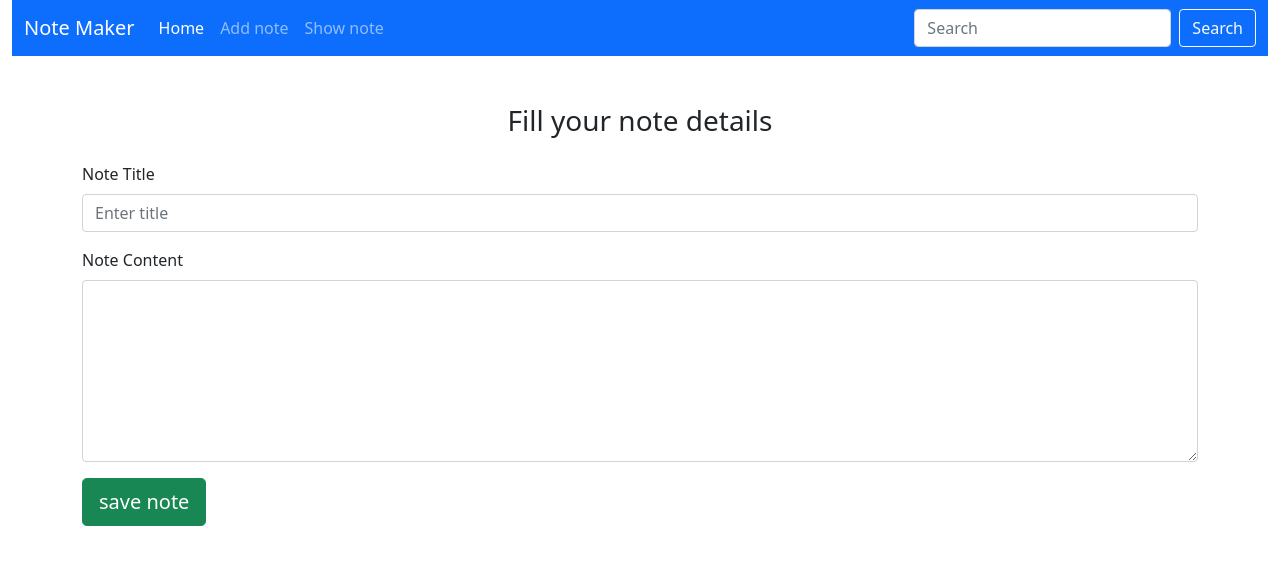
Repository: sachin1830/hibernateproject
Page: http://localhost/com.todolist/update_data.jsp
An editor plug-in stored every save of this project. The page is shown before and after the next save, followed by the edit.
The browser window is 1280 px wide. The pictures show the whole page.
Some web libraries are served in a nearby version. The page is served by Tomcat 9. Other server files are loaded and not shown.

Above is the page before, as saved 2021-01-23 04:10:28.

### com.todolist/src/main/webapp/update_data.jsp
<%@ page language="java" contentType="text/html; charset=ISO-8859-1"
    pageEncoding="ISO-8859-1"%>
<!DOCTYPE html>
<html>
<head>
<meta charset="utf-8">
<meta name="viewport" content="width=device-width, initial-scale=1">

<!-- Bootstrap CSS -->
<link
	href="https://cdn.jsdelivr.net/npm/bootstrap@5.0.0-beta1/dist/css/bootstrap.min.css"
	rel="stylesheet"
	integrity="sha384-giJF6kkoqNQ00vy+HMDP7azOuL0xtbfIcaT9wjKHr8RbDVddVHyTfAAsrekwKmP1"
	crossorigin="anonymous">
	<title>Update Note</title>
</head>
<body>
<div class="container-fluid">
		<%@include file="navbar.jsp"%>

	</div>
	<div>
	<h3 class="text-center mt-5">Fill your note details</h3>
	</div>
	<div class="container mt-4">
		<form action="SaveNote" method="post">
			<div class="mb-3">
				<label for="title" class="form-label">Note Title</label> <input
					type="text" class="form-control" id="title"
					placeholder="Enter title" name="title" required>

			</div>
			<div class="mb-3">
				<label for="exampleFormControlTextarea1" class="form-label">
					Note Content</label>
				<textarea class="form-control" id="exampleFormControlTextarea1"
					rows="7" name="content" required></textarea>
			</div>
			<button type="submit" class="btn btn-success btn-lg">save note</button>
		</form>
	</div>

<script
		src="https://cdn.jsdelivr.net/npm/bootstrap@5.0.0-beta1/dist/js/bootstrap.bundle.min.js"
		integrity="sha384-ygbV9kiqUc6oa4msXn9868pTtWMgiQaeYH7/t7LECLbyPA2x65Kgf80OJFdroafW"
		crossorigin="anonymous"></script>
	<script
		src="https://cdn.jsdelivr.net/npm/@popperjs/core@2.5.4/dist/umd/popper.min.js"
		integrity="sha384-q2kxQ16AaE6UbzuKqyBE9/u/KzioAlnx2maXQHiDX9d4/zp8Ok3f+M7DPm+Ib6IU"
		crossorigin="anonymous"></script>
	<script
		src="https://cdn.jsdelivr.net/npm/bootstrap@5.0.0-beta1/dist/js/bootstrap.min.js"
		integrity="sha384-pQQkAEnwaBkjpqZ8RU1fF1AKtTcHJwFl3pblpTlHXybJjHpMYo79HY3hIi4NKxyj"
		crossorigin="anonymous"></script>
</body>
</html>

### com.todolist/src/main/webapp/navbar.jsp
<nav class="navbar navbar-expand-lg navbar-dark bg-primary">
  <div class="container-fluid">
    <a class="navbar-brand" href="index.jsp">Note Maker</a>
    <button class="navbar-toggler" type="button" data-bs-toggle="collapse" data-bs-target="#navbarSupportedContent" aria-controls="navbarSupportedContent" aria-expanded="false" aria-label="Toggle navigation">
      <span class="navbar-toggler-icon"></span>
    </button>
    <div class="collapse navbar-collapse" id="navbarSupportedContent">
      <ul class="navbar-nav me-auto mb-2 mb-lg-0">

        <li class="nav-item">
          <a class="nav-link active" aria-current="page" href="index.jsp">Home</a>
        </li>
        <li class="nav-item">
          <a class="nav-link" href="add_note.jsp">Add note </a>
        </li>
         <li class="nav-item">
          <a class="nav-link" href="all_note.jsp">Show note </a>
        </li>

      </ul>
      <form class="d-flex">
        <input class="form-control me-2" type="search" placeholder="Search" aria-label="Search">
        <button class="btn btn-outline-light" type="submit">Search</button>
      </form>
    </div>
  </div>
</nav>

After the next save:
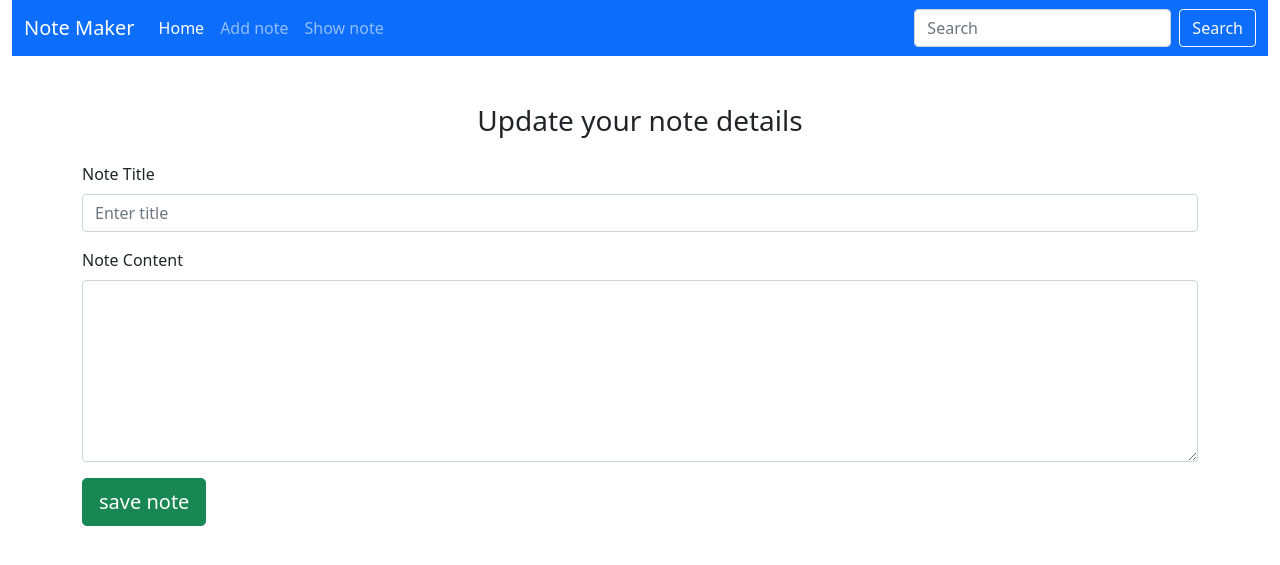
Saved 48 s later.
--- a/com.todolist/src/main/webapp/update_data.jsp
+++ b/com.todolist/src/main/webapp/update_data.jsp
@@ -20,7 +20,7 @@
 
 	</div>
 	<div>
-	<h3 class="text-center mt-5">Fill your note details</h3>
+	<h3 class="text-center mt-5">Update your note details</h3>
 	</div>
 	<div class="container mt-4">
 		<form action="SaveNote" method="post">
